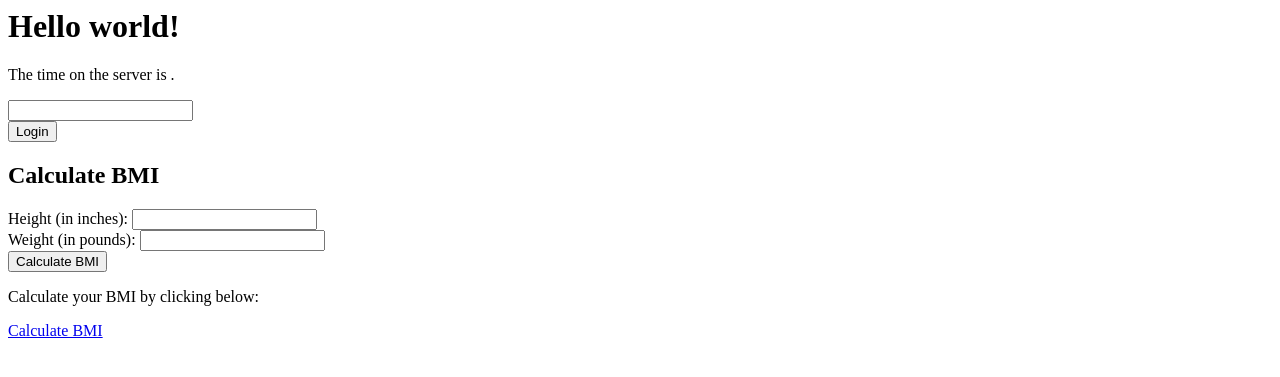
Repository: arivu0356/SpringMVC
Page: http://localhost/spring/WEB-INF/views/home.jsp
An editor plug-in stored every save of this project. The page is shown before and after the next save, followed by the edit.
The browser window is 1280 px wide. The pictures show the whole page.
The page is served by Tomcat 9. Nobody is signed in. Other server files are loaded and not shown. The template is opened directly, without the code that normally fills it, so the values that code supplies are empty.

Above is the page before, as saved 2024-02-16 01:33:49.

### spring/src/main/webapp/WEB-INF/views/home.jsp
<%@ page language="java" contentType="text/html; charset=UTF-8"
	pageEncoding="UTF-8"%>
<%@ page session="false"%>
<html>
<head>
<title>Home</title>
</head>
<body>
	<h1>Hello world!</h1>

	<P>The time on the server is ${serverTime}.</p>

	<form action="user" method="post">
		<input type="text" name="userName"><br> <input
			type="submit" value="Login">
	</form>

	    <h2>Calculate BMI</h2>
    <form action="/bmi" method="post">
        Height (in inches): <input type="text" name="height"><br>
        Weight (in pounds): <input type="text" name="weight"><br>
        <input type="submit" value="Calculate BMI">
    </form>
	    <p>Calculate your BMI by clicking below:</p>
    <a href="bmiInput">Calculate BMI</a>

</body>
</html>

After the next save:
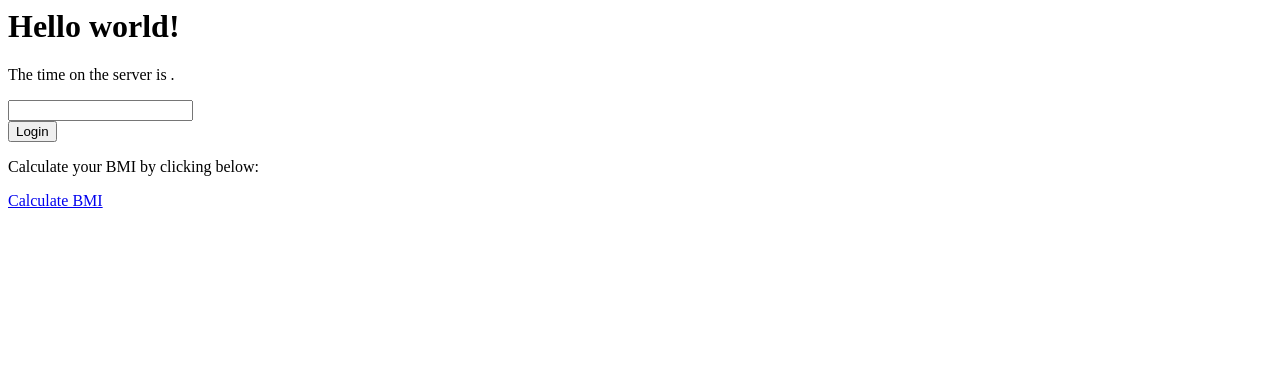
Saved 9 min 21 s later.
--- a/spring/src/main/webapp/WEB-INF/views/home.jsp
+++ b/spring/src/main/webapp/WEB-INF/views/home.jsp
@@ -15,12 +15,7 @@
 			type="submit" value="Login">
 	</form>
 
-	    <h2>Calculate BMI</h2>
-    <form action="/bmi" method="post">
-        Height (in inches): <input type="text" name="height"><br>
-        Weight (in pounds): <input type="text" name="weight"><br>
-        <input type="submit" value="Calculate BMI">
-    </form>
+
 	    <p>Calculate your BMI by clicking below:</p>
     <a href="bmiInput">Calculate BMI</a>
 
